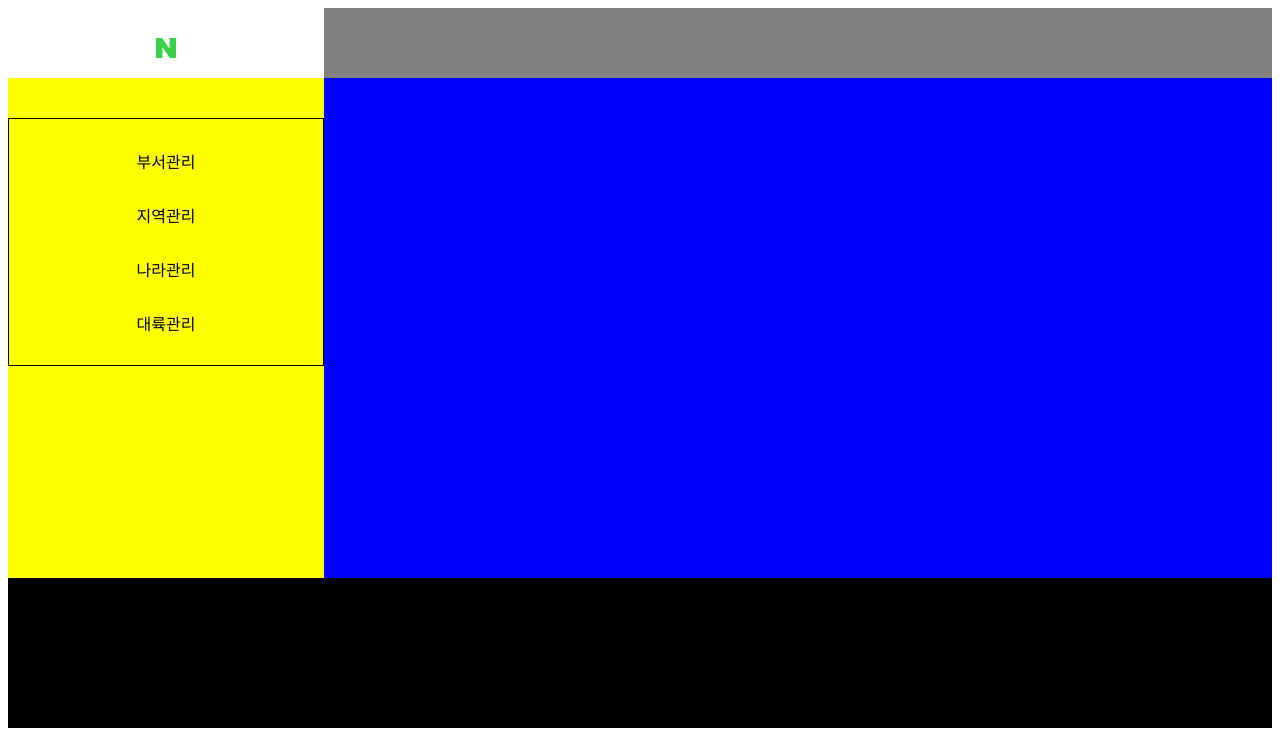
Repository: mireu930/Serverlet_App
Page: src/build/classes/webapp/template/layout.html
These files come from the project's save history. The page is drawn as it stood at one moment and after the next save; the edit follows.
The browser window is 1280 px wide. The pictures show the whole page.

Above is the page before, as saved 2025-02-07 12:00:41.

After the next save:
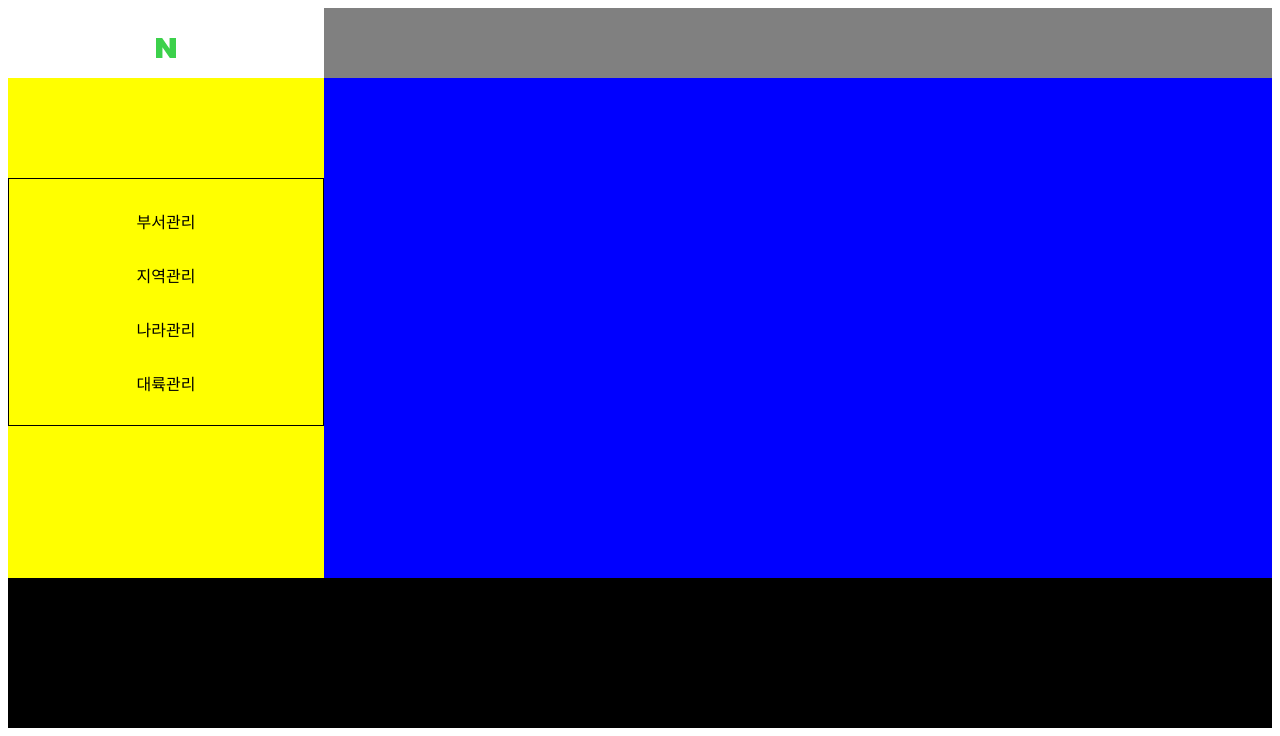
Saved 5 s later.
--- a/src/build/classes/webapp/template/layout.html
+++ b/src/build/classes/webapp/template/layout.html
@@ -56,7 +56,7 @@
 .content_left ul {
   list-style: none;
   border: 1px black solid;
-  margin: 40px 0;
+  margin: 100px 0;
   /* text-align: center; */
   padding: 0;
 }
